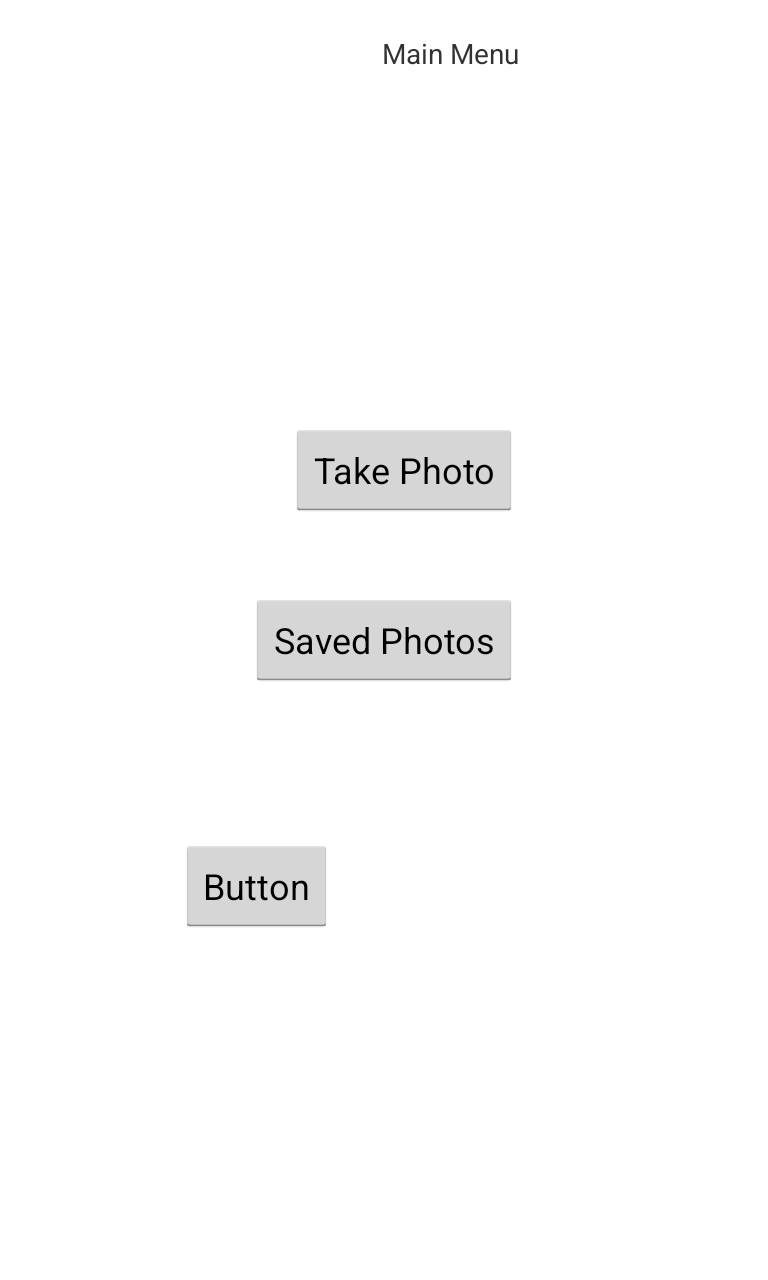
Repository: jonathansparks/Always-On-Always-Connected
Layout: Catify/res/layout/activity_main.xml
The author's editor kept a copy of each file at every save. The layout is drawn from the files as they stood at one save, then again after a run of saves.
It is drawn on a 768 x 1280 px phone screen (xhdpi) without system bars, with theme AppTheme; the app's code is not run.

Above is the layout before, as saved 2014-02-16 21:11:27.

### Catify/res/layout/activity_main.xml
<RelativeLayout xmlns:android="http://schemas.android.com/apk/res/android"
    xmlns:tools="http://schemas.android.com/tools"
    android:layout_width="match_parent"
    android:layout_height="match_parent"
    android:paddingBottom="@dimen/activity_vertical_margin"
    android:paddingLeft="@dimen/activity_horizontal_margin"
    android:paddingRight="@dimen/activity_horizontal_margin"
    android:paddingTop="@dimen/activity_vertical_margin"
    tools:context=".MainActivity" >

    <Button
        android:id="@+id/button1"
        android:layout_width="wrap_content"
        android:layout_height="wrap_content"
        android:layout_centerHorizontal="true"
        android:layout_centerVertical="true"
        android:text="@string/saved_photos"/>

    <TextView
        android:id="@+id/textView1"
        android:layout_width="wrap_content"
        android:layout_height="wrap_content"
        android:layout_alignParentTop="true"
        android:layout_alignRight="@+id/button2"
        android:layout_marginTop="1dp"
        android:text="@string/hello_world" />

    <Button
        android:id="@+id/button2"
        android:layout_width="wrap_content"
        android:layout_height="wrap_content"
        android:layout_above="@+id/button1"
        android:layout_alignRight="@+id/button1"
        android:layout_marginBottom="37dp"
        android:text="@string/take_photo" />

    <Button
        android:id="@+id/button3"
        android:layout_width="wrap_content"
        android:layout_height="wrap_content"
        android:layout_below="@+id/button1"
        android:layout_marginRight="24dp"
        android:layout_marginTop="75dp"
        android:layout_toLeftOf="@+id/textView1"
        android:text="Button" />

</RelativeLayout>

### Catify/res/values/strings.xml
<?xml version="1.0" encoding="utf-8"?>
<resources>

    <string name="app_name">Catify</string>
    <string name="action_settings">Settings</string>
    <string name="hello_world">Main Menu</string>
    <string name="title_activity_take_photo">TakePhoto</string>
    <string name="take_photo">Take Photo</string>
    <string name="saved_photos">Saved Photos</string>

</resources>

Loaded but not shown: Catify/res/values/styles.xml (common file); Catify/res/values-v11/styles.xml (common file); Catify/res/values-v14/styles.xml (common file); Catify/res/values/dimens.xml (common file)

After the next 2 saves:
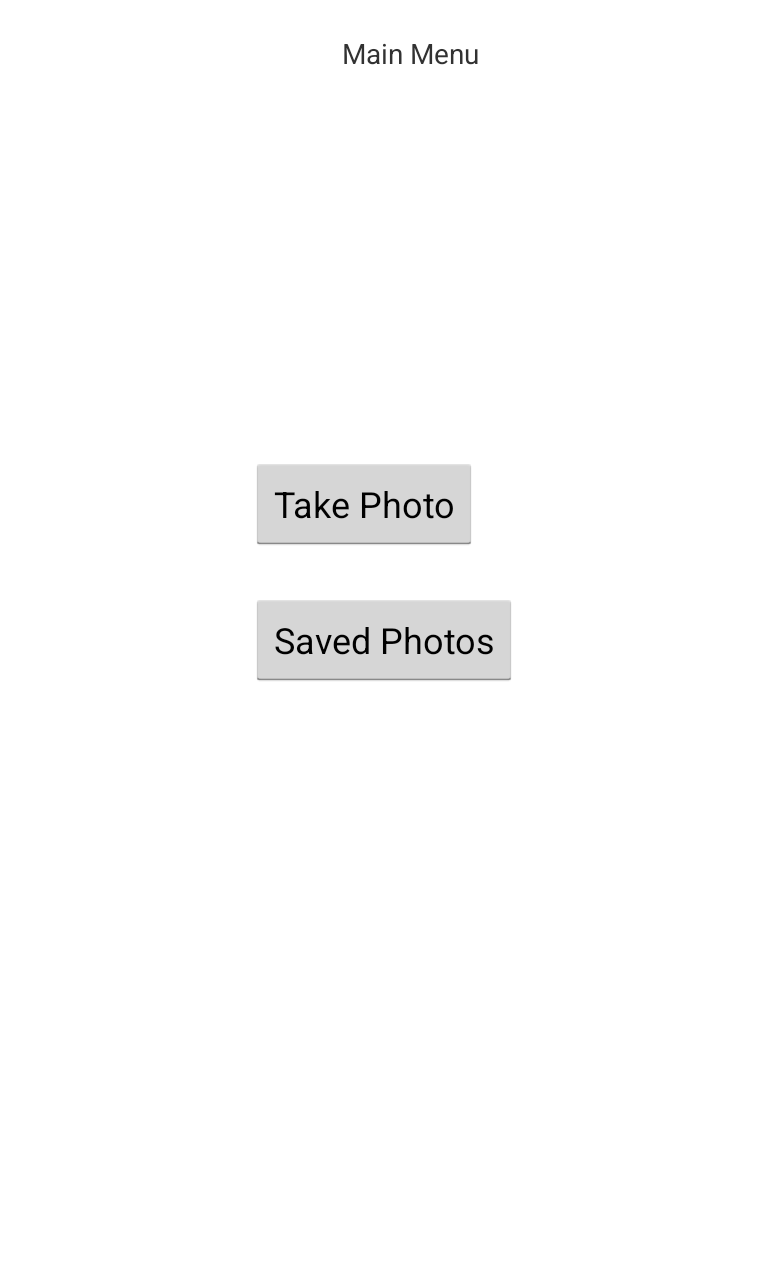
The 2 saves are shown as one change because 1 did not build or start.
The last was saved 6 days later.
--- a/Catify/res/layout/activity_main.xml
+++ b/Catify/res/layout/activity_main.xml
@@ -7,14 +7,6 @@
     android:paddingRight="@dimen/activity_horizontal_margin"
     android:paddingTop="@dimen/activity_vertical_margin"
     tools:context=".MainActivity" >
-
-    <Button
-        android:id="@+id/button1"
-        android:layout_width="wrap_content"
-        android:layout_height="wrap_content"
-        android:layout_centerHorizontal="true"
-        android:layout_centerVertical="true"
-        android:text="@string/saved_photos"/>
 
     <TextView
         android:id="@+id/textView1"
@@ -30,18 +22,17 @@
         android:layout_width="wrap_content"
         android:layout_height="wrap_content"
         android:layout_above="@+id/button1"
-        android:layout_alignRight="@+id/button1"
-        android:layout_marginBottom="37dp"
+        android:layout_alignLeft="@+id/button1"
+        android:layout_gravity="center_horizontal"
+        android:layout_marginBottom="20dp"
         android:text="@string/take_photo" />
 
     <Button
-        android:id="@+id/button3"
+        android:id="@+id/button1"
         android:layout_width="wrap_content"
         android:layout_height="wrap_content"
-        android:layout_below="@+id/button1"
-        android:layout_marginRight="24dp"
-        android:layout_marginTop="75dp"
-        android:layout_toLeftOf="@+id/textView1"
-        android:text="Button" />
+        android:layout_centerHorizontal="true"
+        android:layout_centerVertical="true"
+        android:text="@string/saved_photos" />
 
 </RelativeLayout>
